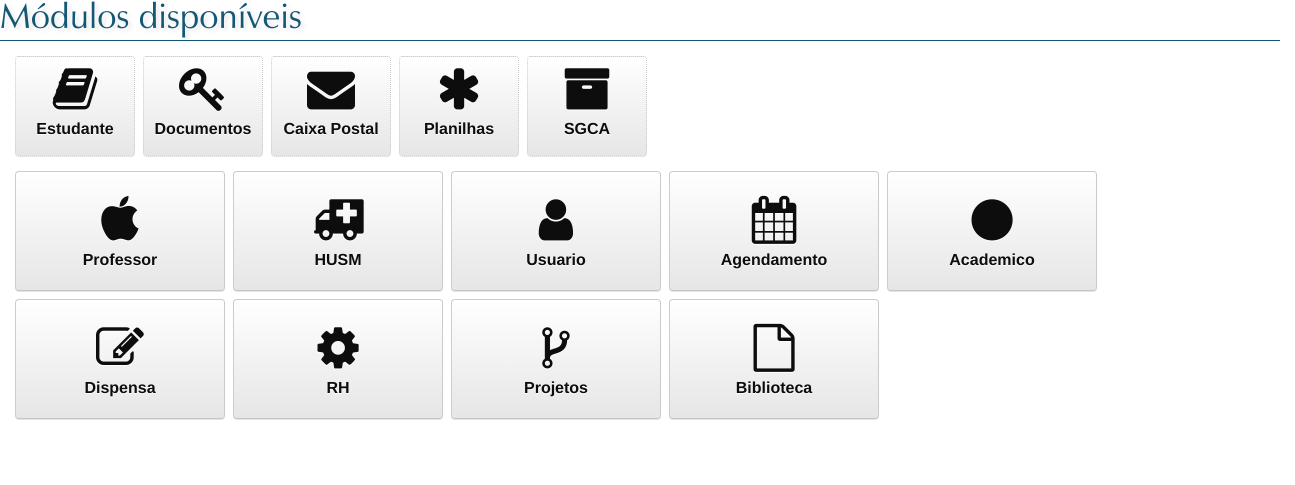
Repository: evertonagilar/study
Page: css/css-notificacao-dialog/index.html
These files come from the project's save history. The page is drawn as it stood at one moment and after a run of saves; the edit follows.
The browser window is 1280 px wide. The page is 1295 px wide, so the pictures cover 1295 px, including what lies to the right of the window. The pictures show the whole page.

Above is the page before, as saved 2023-09-11 20:15:40.

### css/css-notificacao-dialog/index.html
<!DOCTYPE html>
<html lang="en">

<head>
    <meta charset="UTF-8">
    <meta name="viewport" content="width=device-width, initial-scale=1.0">
    <title>Aula CSS GRID</title>
    <link rel="stylesheet" href="css/cpd.css">
    <link rel="stylesheet" href="css/style.css">
</head>

<body>

    <h2 class="h2 primary stroked-bottom text-shadowed margin-bottom">
        Módulos disponíveis

    </h2>


    <div class="dashboard-container-favorito">
        <div class="portal">
            <span class="portal-icon icon-book"></span>
            <h3 class="portal-label">Estudante</h3>
        </div>
        <div class="portal">
            <span class="portal-icon icon-key"></span>
            <h3 class="portal-label">Documentos</h3>
        </div>
        <div class="portal">
            <span class="portal-icon icon-envelope"></span>
            <h3 class="portal-label">Caixa Postal</h3>
        </div>
        <div class="portal">
            <span class="portal-icon icon-asterisk"></span>
            <h3 class="portal-label">Planilhas</h3>
        </div>
        <div class="portal">
            <span class="portal-icon icon-archive"></span>
            <h3 class="portal-label">SGCA</h3>
        </div>

    </div>

    <div class="dashboard-container">
        <div class="portal">
            <span class="portal-mini-button fa fa-chain"></span>
            <span class="portal-icon icon-apple"></span>
            <h3 class="portal-label">Professor</h3>
        </div>

        <div class="portal">
            <span class="portal-icon icon-ambulance"></span>
            <h3 class="portal-label">HUSM</h3>
        </div>

        <div class="portal">
            <span class="portal-icon icon-user"></span>
            <h3 class="portal-label">Usuario</h3>
        </div>

        <div class="portal">
            <span class="portal-icon icon-calendar"></span>
            <h3 class="portal-label">Agendamento</h3>
        </div>

        <div class="portal">
            <span class="portal-icon icon-circle"></span>
            <h3 class="portal-label">Academico</h3>
        </div>

        <div class="portal">
            <span class="portal-icon icon-edit"></span>
            <h3 class="portal-label">Dispensa</h3>
        </div>

        <div class="portal">
            <span class="portal-icon icon-cog"></span>
            <h3 class="portal-label">RH</h3>
        </div>

        <div class="portal">
            <span class="portal-icon icon-code-fork"></span>
            <h3 class="portal-label">Projetos</h3>
        </div>

        <div class="portal">
            <span class="portal-icon icon-file-alt"></span>
            <h3 class="portal-label">Biblioteca</h3>
        </div>

    </div>
</body>


<script>

    document.addEventListener("DOMContentLoaded", function () {

        const botao = document.querySelectorAll('.portal');
        botao.forEach(btn => {
            const miniButton = btn.querySelector('.portal-mini-button');

            btn.addEventListener('click', () => {
                alert('botao clicked');
            });

            btn.addEventListener('mouseenter', () => {
                if (miniButton){
                    miniButton.style.visibility = 'visible';
                }
            });

            btn.addEventListener('mouseleave', () => {
                if (miniButton){
                    miniButton.style.visibility = 'hidden';
                }
            });

        });

        debugger;
        const miniButtons = document.querySelectorAll('.portal-mini-button');
        miniButtons.forEach(btn => {
            const parentButton = btn.closest('.portal');

            btn.addEventListener("click", (event) => {
                event.stopPropagation();
                alert('mini-button clicked');
            });

            btn.addEventListener("mouseenter", (event) => {
                // alert('mouse enter');
                // parentButton.style.pointerEvents = 'none';

            });

            btn.addEventListener("mouseleave", (event) => {
                // alert('mouse leave');
                // parentButton.style.pointerEvents = 'auto';
            })

        });


    });



</script>



</html>

### css/css-notificacao-dialog/css/style.css

.dashboard-container {
    width: 100%;
    height: 100%;
    display: flex;
    flex-direction: row;
    flex-wrap: wrap;
    gap: 8px;
    align-items: stretch; /* Centraliza verticalmente */
    justify-content: stretch;
    margin: 15px;
    @media screen and (max-width:34.999999em){
        width: 94%;
    }
}

.dashboard-container-favorito {
    width: 100%;
    height: 100%;
    display: flex;
    flex-direction: row;
    flex-wrap: nowrap;
    gap: 8px;
    align-items: stretch; /* Centraliza verticalmente */
    justify-content: stretch;
    margin: 15px;
}

.portal {
    position: relative;
    cursor: pointer;
    text-align: center;
    --border-radius:.25rem;
    --border-radius-top-left:.25rem;
    --border-radius-top-right:.25rem;
    --border-radius-bottom-right:.25rem;
    --border-radius-bottom-left:.25rem;
    --border-radius-top:.25rem;
    --border-radius-left:.25rem;
    --border-radius-right:.25rem;
    --border-radius-bottom:.25rem;
    border-radius:.25rem;
    border:.065rem solid #ccc;
    border-bottom:.065rem solid #c5c5c5;
    border-right:.065rem solid #cacaca;
    color:#0d0d0d;
    text-shadow:0 .065em 0 #fff;
    box-shadow:0 .065em 0 rgba(0,0,0,0.1),0 .065em .065em 0 rgba(255,255,255,0.3) inset;
    background-image:linear-gradient(to bottom, #fff, #e6e6e6);
    padding: 24px;
    width: 210px;
    height: 120px;
    @media screen and (max-width:34.999999em){
        width: 100%;
    }
}


.portal:hover {
    background:#e6e6e6;
    transition: all .35s ease-in-out;
    box-shadow: 0 .065rem 0 rgba(0,0,0,0.15);
}

.portal:active {
    background:none;
    box-shadow:0 .065em 0 rgba(0,0,0,0.1),.08em .125em .25em rgba(0,0,0,0.3) inset;
    background-color:#f3f3f3;
    transition:none
}

.portal:focus {
    box-shadow:0 0 .5em .25em rgba(205,205,205,0.85)
}

.portal-icon {
    font-size: 3em;
}

.portal-label {
    font-weight: bold;
    margin-top: 6px;
}

.dashboard-container-favorito .portal {
    padding: 8px;
    height: 100px;
    width: 120px;
    @media screen and (max-width:798px) {
        width: auto;
    }
    border-style: dotted;
}

.portal-mini-button {
    position: absolute;
    top: 0;
    right: 0;
    border: none;
    padding: 6px;
    z-index: 100;
    visibility: hidden;
}

.portal-mini-button:hover {
    background-color:#f3f3f3;
    border-radius:.25rem;
    border:.065rem solid #ccc;
    border-bottom:.065rem solid #c5c5c5;
    border-right:.065rem solid #cacaca;
    color:#0d0d0d;
    color: brown;
 }

 .portal-mini-button:active {
    background:none;
    box-shadow:0 .065em 0 rgba(0,0,0,0.1),.08em .125em .25em rgba(0,0,0,0.3) inset;
    background-color:#f3f3f3;
    transition:none
}

.portal-mini-button:focus {
    box-shadow:0 0 .5em .25em rgba(205,205,205,0.85)
}

Loaded but not shown: css/css-notificacao-dialog/css/cpd.css (library)

After the next 5 saves:
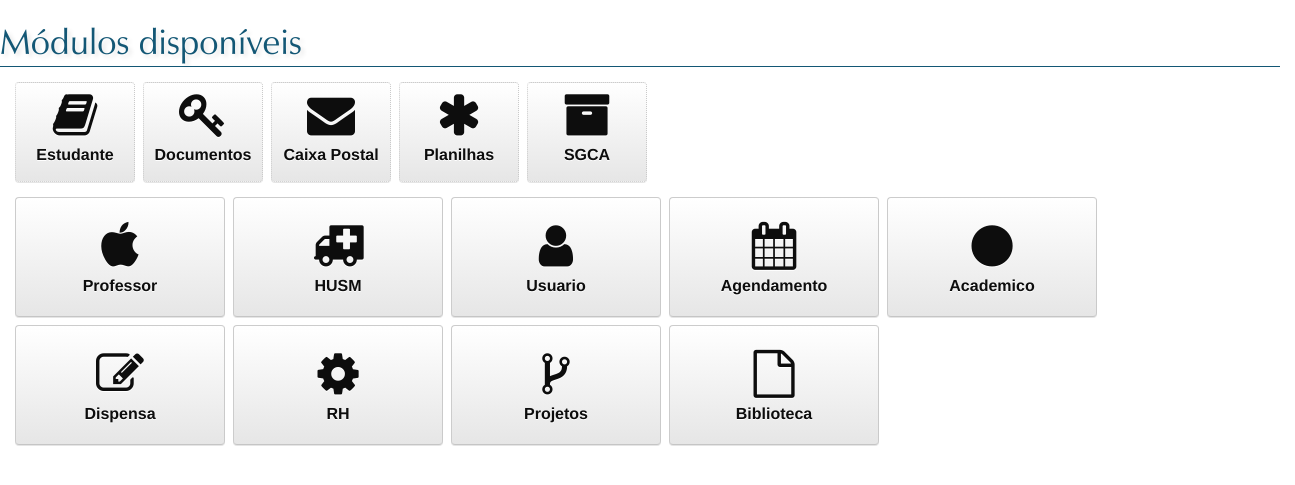
The 5 saves are shown as one change because they came seconds apart.
The last was saved 15 s later.
--- a/css/css-notificacao-dialog/index.html
+++ b/css/css-notificacao-dialog/index.html
@@ -10,10 +10,12 @@
 </head>
 
 <body>
+    <div class->
+
+    </div>
 
     <h2 class="h2 primary stroked-bottom text-shadowed margin-bottom">
         Módulos disponíveis
-
     </h2>
 
 

After the 5 saves that followed:
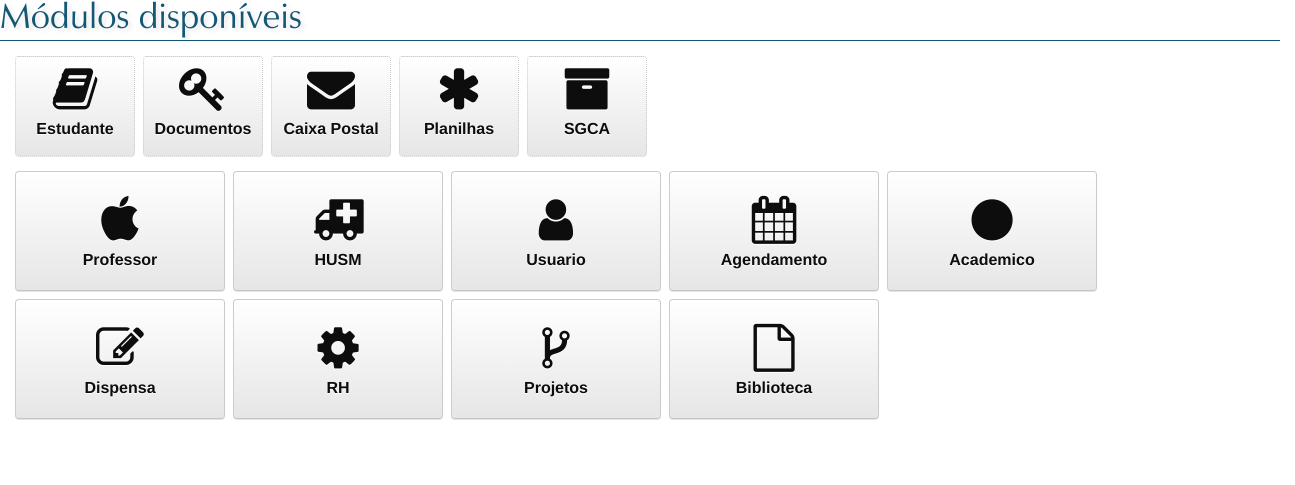
The 5 saves are shown as one change because 2 left the picture as it was and some came seconds apart.
The last was saved 20 s later.
--- a/css/css-notificacao-dialog/index.html
+++ b/css/css-notificacao-dialog/index.html
@@ -10,7 +10,7 @@
 </head>
 
 <body>
-    <div class->
+    <span class="dashboard-notificacoes">
 
     </div>
 
